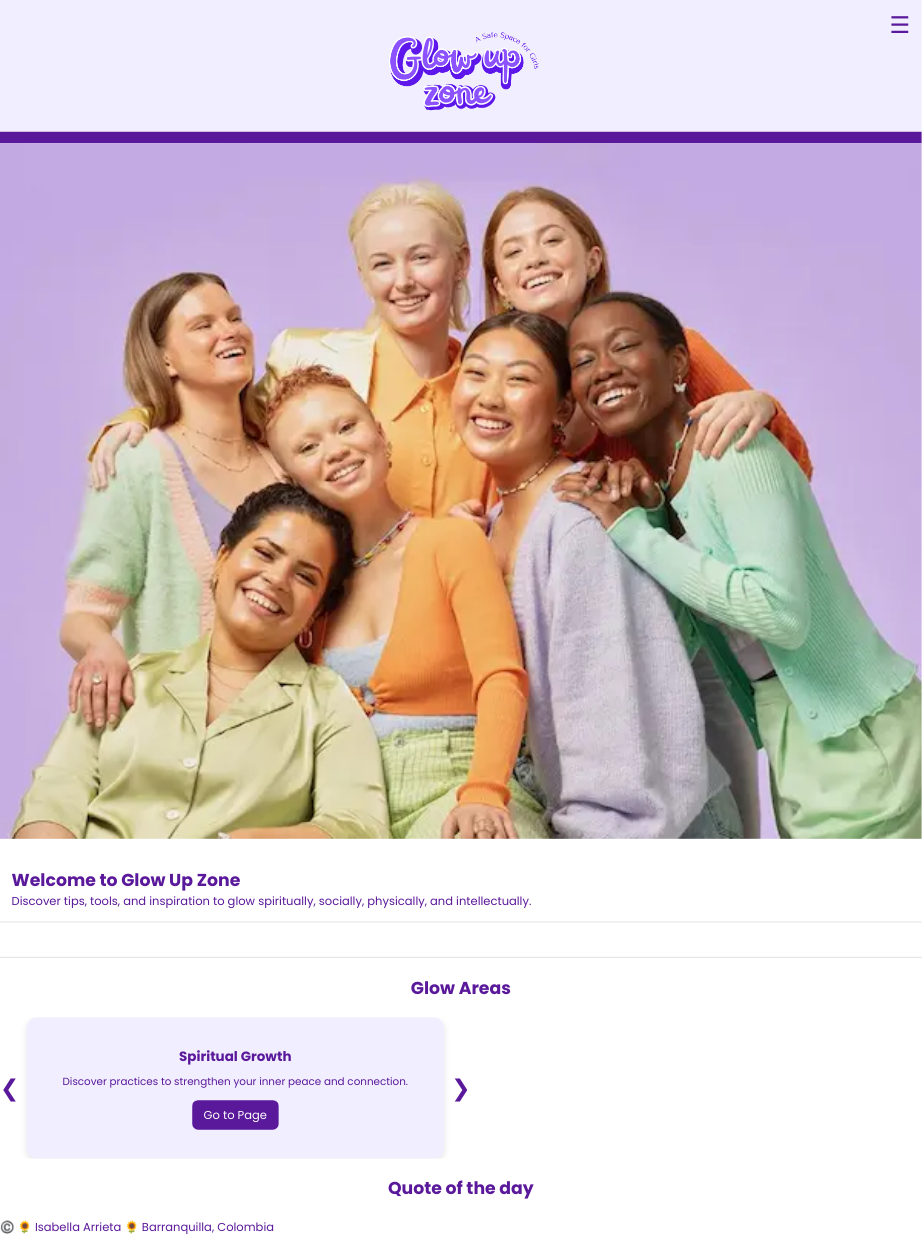
Repository: isaAJ05/wdd131
Page: final-project/final-project.html
An editor plug-in stored every save of this project. The page is shown before and after the next save, followed by the edit.
The browser window is 1280 px wide. The pictures show the whole page, at 72% of full size.

Above is the page before, as saved 2025-08-09 01:05:08.

After the next save:
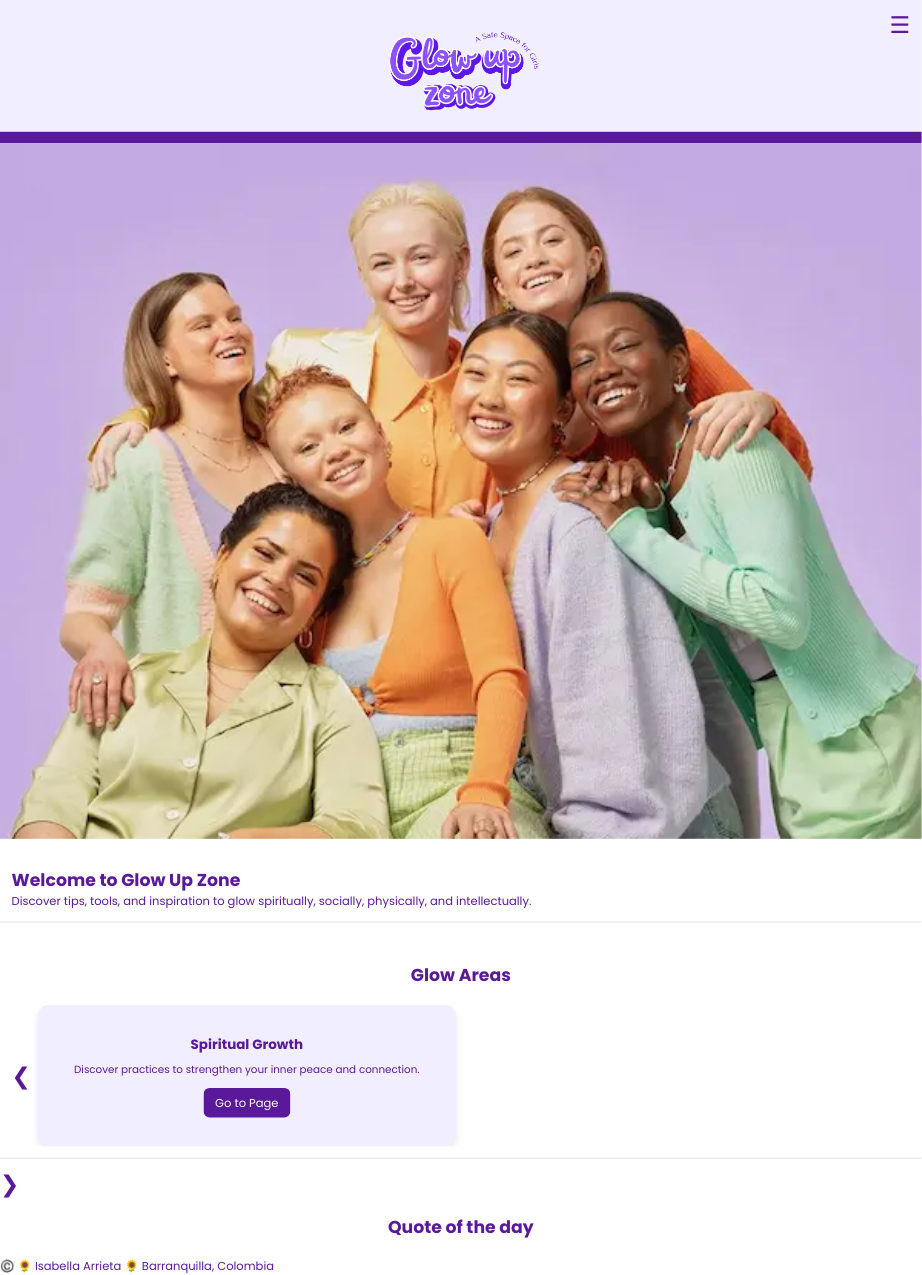
Saved 4 s later.
--- a/final-project/final-project.html
+++ b/final-project/final-project.html
@@ -42,7 +42,7 @@
                 <p>Discover tips, tools, and inspiration to glow spiritually, socially, physically, and intellectually.</p>
                 </div>
         </section>
-        <div class="one"></div>
+        <div class="one">
         <h2>Glow Areas</h2>
         <section class="cards">
         <button class="arrow left">&#10094;</button>
